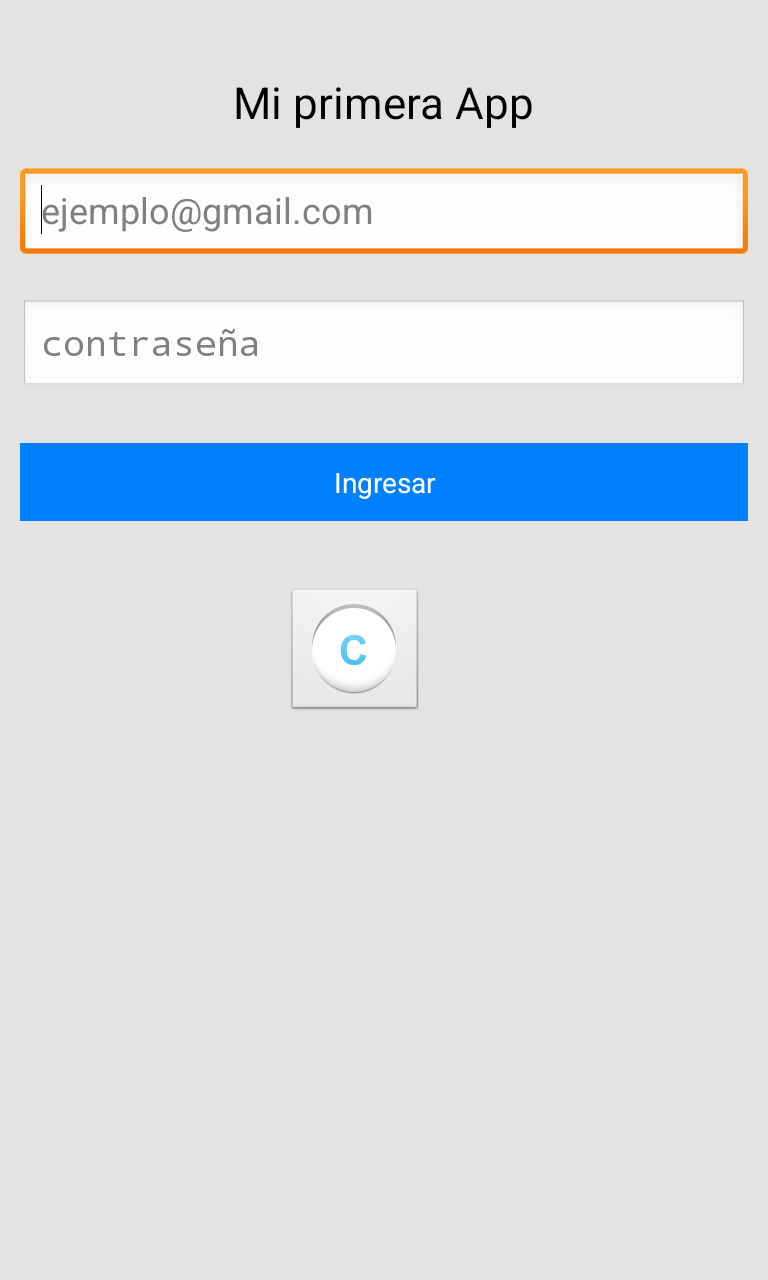
Repository: doapps/Android_Basico
Layout: Sesion01/res/layout/login_layout.xml
The author's editor kept a copy of each file at every save. The layout is drawn from the files as they stood at one save, then again after the next save.
It is drawn on a 768 x 1280 px phone screen (xhdpi) without system bars, with theme android:Theme.Light; the app's code is not run.

Above is the layout before, as saved 2014-03-08 12:12:19.

### Sesion01/res/layout/login_layout.xml
<RelativeLayout xmlns:android="http://schemas.android.com/apk/res/android"
    xmlns:tools="http://schemas.android.com/tools"
    android:layout_width="match_parent"
    android:layout_height="match_parent"
    android:background="#E5E2E2"
    android:padding="10dp"
    tools:context=".Splash" >

    <TextView
        android:id="@+id/textView1"
        android:layout_width="wrap_content"
        android:layout_height="wrap_content"
        android:layout_alignParentTop="true"
        android:layout_centerHorizontal="true"
        android:layout_marginTop="26dp"
        android:text="Mi primera App"
        android:textAppearance="?android:attr/textAppearanceLarge" />

    <EditText
        android:id="@+id/editText1"
        android:layout_width="match_parent"
        android:layout_height="wrap_content"
        android:layout_below="@+id/textView1"
        android:layout_centerHorizontal="true"
        android:layout_marginTop="18dp"
        android:ems="10"
        android:hint="ejemplo@gmail.com" >

        <requestFocus />
    </EditText>

    <EditText
        android:id="@+id/editText2"
        android:layout_width="match_parent"
        android:layout_height="wrap_content"
        android:layout_alignLeft="@+id/editText1"
        android:layout_below="@+id/editText1"
        android:layout_marginTop="18dp"
        android:ems="10"
        android:hint="contraseña"
        android:inputType="textPassword" />

    <Button
        android:id="@+id/button1"
        android:layout_width="match_parent"
        android:layout_height="wrap_content"
        android:layout_below="@+id/editText2"
        android:layout_centerHorizontal="true"
        android:layout_marginTop="24dp"
        android:background="#0080FF"
        android:padding="10dp"
        android:text="Ingresar"
        android:textColor="#ffffff" />

    <ImageButton
        android:id="@+id/imageButton1"
        android:layout_width="wrap_content"
        android:layout_height="wrap_content"
        android:layout_alignLeft="@+id/textView1"
        android:layout_below="@+id/button1"
        android:layout_marginLeft="26dp"
        android:layout_marginTop="33dp"
        android:src="@drawable/ic_launcher" />

</RelativeLayout>

After the next save:
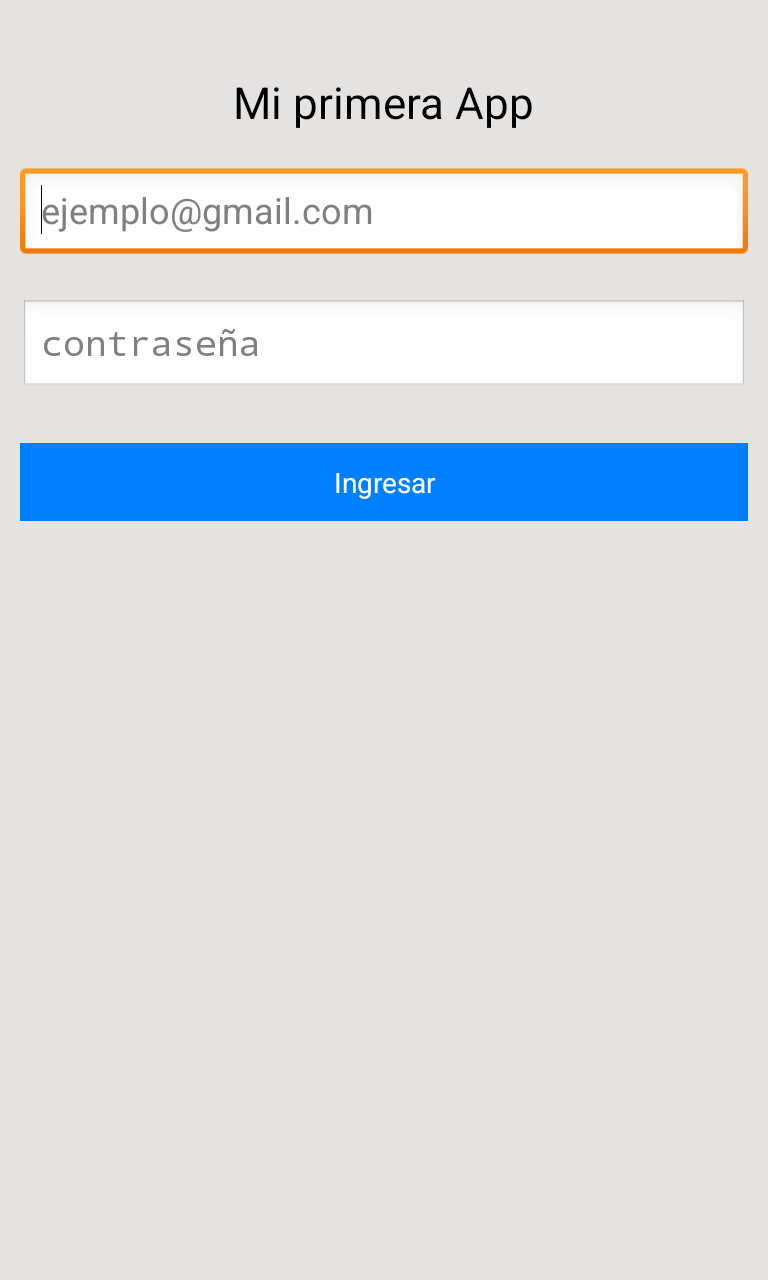
Saved 7 s later.
--- a/Sesion01/res/layout/login_layout.xml
+++ b/Sesion01/res/layout/login_layout.xml
@@ -52,14 +52,4 @@
         android:text="Ingresar"
         android:textColor="#ffffff" />
 
-    <ImageButton
-        android:id="@+id/imageButton1"
-        android:layout_width="wrap_content"
-        android:layout_height="wrap_content"
-        android:layout_alignLeft="@+id/textView1"
-        android:layout_below="@+id/button1"
-        android:layout_marginLeft="26dp"
-        android:layout_marginTop="33dp"
-        android:src="@drawable/ic_launcher" />
-
 </RelativeLayout>
